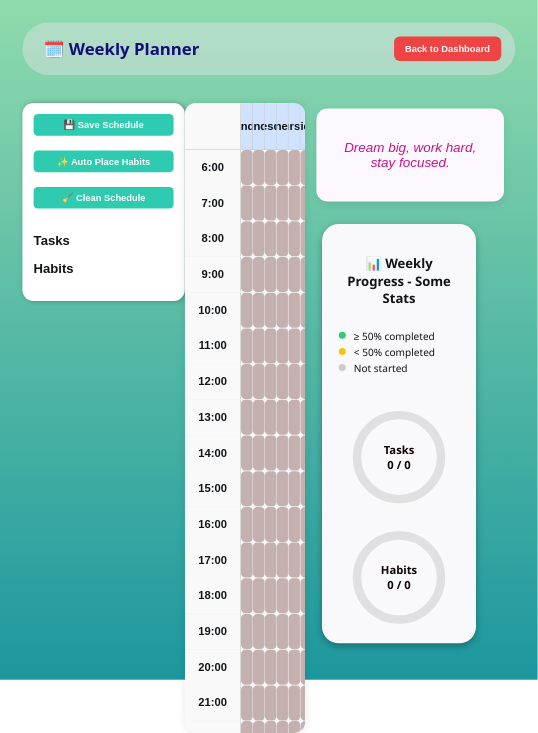
Repository: RachelB9913/smart-task-and-habit-tracker
Page: /schedule
An editor plug-in stored every save of this project. The page is shown before and after the next save, followed by the edit.
The browser window is 768 px wide. The pictures show the part of the page from y = 0 to 2240 px (the page is 1047 px tall before and 17814 px after), at 70% of full size.
The project was rebuilt for these pictures with package versions that can differ from the ones it lists, and the page was loaded fresh each time. Also part of the build but not shown: src/components/PageWrapper.js, src/components/welcome.js, src/services/api.js, src/components/Login.js, src/components/Register.js, src/components/DashBoard.js.

Above is the page before, as saved 2025-06-29 19:44:19.

### src/App.js
import { BrowserRouter as Router, Routes, Route } from 'react-router-dom';
import Welcome from './components/welcome';
import Login from './components/Login';
import Register from './components/Register';
import Dashboard from './components/DashBoard';
import SchedulePlanner from './components/SchedulePlanner';


function App() {
  return (
    <Router>
      <Routes>
        <Route path="/" element={<Welcome />} />
        <Route path="/login" element={<Login />} />
        <Route path="/register" element={<Register />} />
        <Route path="/dashboard" element={<Dashboard />} />
        <Route path="/schedule" element={<SchedulePlanner />} />
      </Routes>
    </Router>
  );
}

export default App;

### src/App.css
html, body, #root {
  height: 100%;
  margin: 0;
  padding: 0;
  box-sizing: border-box;
}

form input {
  width: 100%;
  padding: 0.75rem;
  margin-bottom: 1rem;
  border: 1px solid #ddd;
  border-radius: 0.5rem;
  font-size: 1rem;
  transition: border-color 0.2s;
}

form input:focus {
  border-color: #6366f1; /* Indigo */
  outline: none;
}

form button,
.form-container button {
  width: 100%;
  padding: 0.75rem;
  font-size: 1rem;
  color: white;
  background-color: #6d6ed0; /* Indigo */
  border: none;
  border-radius: 0.5rem;
  cursor: pointer;
  transition: background-color 0.2s;
}

form button:hover,
.form-container button:hover {
  background-color: #4f46e5; /* Darker Indigo */
}

.form-container {
  max-width: 400px;
  margin: 100px auto;
  padding: 2rem;
  background-color: white;
  border-radius: 1rem;
  box-shadow: 0 8px 20px rgba(0, 0, 0, 0.1);
  text-align: center;
}

h2 {
  margin-bottom: 1.5rem;
  color: #130e77;
  font-size: 2rem;
  font-weight: 500;

}

.welcome-root {
  font-family: 'Manrope', 'Noto Sans', sans-serif;
  background: linear-gradient(to bottom, hsl(143, 51%, 71%), #1c979e);
  color: #111418;
  min-height: 100vh;
  display: flex;
  flex-direction: column;
}

.welcome-header {
  display: flex;
  justify-content: space-between;
  align-items: center;
  padding: 0rem 2rem;
  border-bottom: 1px solid #030f21;
  background-color: rgb(255, 255, 255);
}

.logo-area {
  display: flex;
  align-items: center;
  gap: 0.5rem;
}

.nav-links, .nav-actions {
  display: flex;
  gap: 1rem;
  align-items: center;
}

.nav-links a, .footer a {
  text-decoration: none;
  font-weight: 500;
  color: #111418;
}

.nav-actions button {
  padding: 0.5rem 1rem;
  border-radius: 8px;
  border: none;
  font-weight: bold;
  cursor: pointer;
}

/* top buttons */
.nav-actions button:first-child {
  background: #0c7ff2;
  color: white;
}

.nav-actions button:first-child:hover {
  background: #0361bf; /* new hover color */
  color: #e3e3e3;      /* optional: change text color on hover */
}

.nav-actions button:last-child {
  background: #f0f2f5;
  color: #111418;
}

.nav-actions button:last-child:hover {
  background: #b5b8bd; /* new hover color */
  color: #0c7ff2;      /* optional: change text color on hover */
}

.welcome-hero {
  background: transparent;
  padding: 3rem 2rem;
  text-align: center;
  color: rgb(1, 0, 9);
}

.welcome-hero h1 {
  font-size: 2.5rem;
  font-weight: 800;
}

.hero-actions {
  margin-top: 2rem;
  display: flex;
  justify-content: center;
  gap: 1rem;
}

.hero-actions button {
  padding: 0.75rem 1.5rem;
  font-weight: bold;
  border-radius: 8px;
  border: none;
  cursor: pointer;
}

/* center buttons */
.hero-actions button:first-child {
  background-color: #0c7ff2;
  color: white;
}

.hero-actions button:first-child:hover {
  background-color: #0c7ff2;
  color: white;
  border: #0d1101 1px solid;
}

.hero-actions button:last-child {
  background-color: #f0f2f5;
  color: #111418;
}

.hero-actions button:last-child:hover {
  background-color: #f0f2f5;
  color: #111418;
  border: #0d1101 1px solid;
}

.features {
  padding: 3rem 2rem;
  text-align: center;
}

.feature-cards {
  display: flex;
  gap: 1rem;
  flex-wrap: wrap;
  justify-content: center;
  margin-top: 2rem;
}

.feature-card {
  background: white;
  padding: 1.5rem;
  border-radius: 12px;
  border: 1px solid #052246;
  max-width: 300px;
  text-align: left;
  text-align: center;
  box-shadow: 0 4px 10px rgba(0, 0, 0, 0.5);

}

.footer {
  text-align: center;
  padding: 2rem;
  font-size: 1.1rem;
  color: #0d1101;
}

.register-background {
  background: linear-gradient(to left top, hsl(143, 51%, 71%), #1c979e);
  min-height: 100vh;
  display: flex;
  align-items: center;
  justify-content: center;
}

.login-background {
  background: linear-gradient(to right bottom, hsl(143, 51%, 71%), #1c979e);
  min-height: 100vh;
  display: flex;
  align-items: center;
  justify-content: center;
}

### src/components/Auth.css
.auth-container {
  max-width: 400px;
  margin: 60px auto;
  padding: 2rem;
  background-color: #f8f9fa;
  border-radius: 12px;
  box-shadow: 0 2px 10px rgba(0, 0, 0, 0.1);
}

.auth-form {
  display: flex;
  flex-direction: column;
  gap: 1rem;
}

.auth-form input {
  padding: 0.75rem;
  border-radius: 8px;
  border: 1px solid #ccc;
  font-size: 1rem;
}

.auth-form button {
  padding: 0.75rem;
  background-color: #007bff;
  color: white;
  border: none;
  border-radius: 8px;
  font-size: 1rem;
  cursor: pointer;
}

.auth-form button:hover {
  background-color: #0056b3;
}


.dashboard-header {
  display: flex;
  justify-content: flex-end;
  padding: 20px;
}

.dashboard-header button {
  padding: 10px 16px;
  background-color: #ef4444; /* red */
  color: white;
  border: none;
  border-radius: 8px;
  font-weight: bold;
  cursor: pointer;
}

.dashboard-header button:hover {
  background-color: #ad2626;
}

.button-group {
  display: flex;
  flex-direction: column;
  gap: 10px; /* Adjust the space between buttons */
}

### src/Dashboard.css
/* Dashboard.css */

.dashboard-container {
  font-family: 'Manrope', 'Noto Sans', sans-serif;
  min-height: 100vh;
  padding: 2rem;
  transition: background-color 0.3s ease;
  color: #111418;
}

.dashboard-container.light {
  background: linear-gradient(to bottom, hsl(143, 51%, 71%), #1c979e);
}

.dashboard-header {
  display: flex;
  justify-content: space-between;
  align-items: center;
  padding: 20px;
  background-color: rgba(218, 226, 226, 0.5);
  color: #031d3e;
  border-radius: 3rem;
  margin-bottom: 2rem;
}

.header-left {
  display: flex;
  align-items: center;
  justify-content: flex-start;
  flex: 1; /* allows the left side to take up space */
}

.header-left h2 {
  margin: 0;
  padding-left: 10px;
  font-weight: 700;
  font-size: 1.5rem;
}

.toggle-button,
.bg-toggle {
  padding: 0.6rem 1.2rem;
  font-weight: bold;
  border-radius: 8px;
  border: none;
  cursor: pointer;
  font-size: 1rem;
  background-color: #0c7ff2;
  color: white;
  transition: background-color 0.2s ease;
}

.toggle-button:hover,
.bg-toggle:hover {
  background-color: #035fd0;
}

.add-button {
  width: 30px;
  height: 30px;
  border-radius: 50%;
  font-size: 20px;
  background-color: hsl(211, 69%, 59%);
  color: white;
  border: none;
  cursor: pointer;
  transition: background-color 0.3s ease;
}

.add-button:hover {
  background-color: #0056b3;
}

.toggle-button {
  display: block;
  margin: 1rem auto;
}

.task-section,
.habit-section {
  background-color: white;
  color: #111418;
  max-width: 650px;
  margin: 1rem auto;
  padding: 1rem 1.5rem;
  border-radius: 1rem;
  box-shadow: 0 6px 12px rgba(120, 8, 226, 0.1);
}

.task-section ul,
.habit-section ul {
  list-style-type: none;
  padding: 0;
}

.task-section li,
.habit-section li {
  padding: 0.5rem 0;
  border-bottom: 1px solid #ddd;
}

.task-section li:last-child,
.habit-section li:last-child {
  border-bottom: none;
}

h1 {
  text-align: center;
  font-size: 2rem;
  margin-bottom: 2rem;
  color: #031d3e;
  font-weight: 1000;
}

.logout-button {
  background-color: #e74c3c;
  color: white;
  border: none;
  padding: 8px 12px;
  border-radius: 5px;
  cursor: pointer;
}

.logout-button:hover {
  background-color: #c0392b;
}

.form-popup-overlay {
  position: fixed;
  top: 0;
  left: 0;
  height: 100vh;
  width: 100vw;
  background: rgba(0, 0, 0, 0.3);
  display: flex;
  align-items: center;
  justify-content: center;
  z-index: 999;
}

.form-popup {
  background: white;
  padding: 2rem;
  border-radius: 1rem;
  box-shadow: 0 0 20px rgba(0,0,0,0.2);
  display: flex;
  flex-direction: column;
  gap: 1rem;
  width: 300px;
}

.task-item {
  padding: 0.5rem 0;
  border-bottom: 1px solid #ddd;
}

.task-content {
  display: flex;
  align-items: flex-start;
}

.task-content input[type="checkbox"] {
  margin-top: 0.7rem;
  margin-left: 0.9rem;
  transform: scale(1.2);
  cursor: pointer;
}

.task-details {
  flex: 1;
  padding: 0.5rem 0.75rem; /* ← Add this for internal spacing */
  border-radius: 0.5rem;
}

.task-done {
  opacity: 0.5;
  text-decoration: line-through;
}

.task-item {
  background-color: white;
  margin-bottom: 0.5rem;
  border-radius: 0.5rem;
  box-shadow: 0 1px 3px rgba(0,0,0,0.1);
  transition: transform 0.2s ease;
}

.task-actions {
  display: flex;
  flex-direction: column;
  gap: 0.3rem;
}

.edit-button, .delete-button {
  background: none;
  border: black;
  border-radius: 0.5rem;
  cursor: pointer;
  font-size: 1rem;
  transition: color 0.2s;
}

.edit-button:hover {
  color: #0a58ca;
}

.delete-button:hover {
  color: #dc3545;
}

.task-section li strong,
.habit-section li strong {
  font-weight: 700;
  font-size: 1rem;
  color: #031d3e;
}

.task-section li em,
.habit-section li em {
  font-style: italic;
  color: #555;
}

.task-section li,
.habit-section li {
  font-family: 'Manrope', 'Noto Sans', sans-serif;
  font-size: 0.95rem;
  font-weight: lighter;
}

### src/components/SchedulePlanner.css
.stats-wrapper {
  display: flex;
  flex-direction: column;
  gap: 1.5rem;
  align-items: center;
  padding: 1rem;
}

.quote-panel {
  background-color: #fdf7ff;
  color: mediumvioletred;
  padding: 1.5rem;
  border-radius: 16px;
  text-align: center;
  box-shadow: 0 4px 12px rgba(0, 0, 0, 0.08);
  font-size: 1.2rem;
  font-style: italic;
  display: flex;
  justify-content: center;
  align-items: center;
  min-height: 85px;
  width: 100%;
  max-width: 220px;
}

.quote-panel:hover {
  color: #1f16cd;
}

.stats-wrapper .stats-panel {
  width: 100%;
  max-width: 220px;
}

.planner-container {
  display: flex;
  height: calc(100vh - 120px);
  font-family: 'Manrope', sans-serif;
}

.task-sidebar {
  flex-shrink: 0;
  width: 200px;
  background: white;
  padding: 1rem;
  box-shadow: 2px 0 8px rgba(0,0,0,0.3);
  border-radius: 1rem;
  margin: 1rem;
  height: fit-content;
}

.task-item {
  background: hsl(210, 34%, 76%);
  color: #031d3e;
  margin: 0.5rem 0;
  padding: 0.6rem;
  border-radius: 10px;
  font-weight: 600;
  box-shadow: 0 2px 4px rgba(0,0,0,0.1);
}

:root {
  --cell-height: 50px;
}

.calendar-grid {
  display: grid;
  grid-template-rows: repeat(var(--row-count), 1fr);
  height: calc(var(--row-count) * var(--cell-height));
  flex: 1;
  overflow: auto;
  margin: 1rem;
  border-radius: 1rem;
  background: white;
  box-shadow: 0 0 12px rgba(0, 0, 0, 0.1);
}


.grid-header {
  /* display: flex;
  background: #cfe2ff;
  font-weight: bold;
  border-bottom: 1px solid #ccc; */
  display: grid;
  grid-template-columns: 80px repeat(7, 1fr); /* hour + 7 days */
  background: #cfe2ff;
  font-weight: bold;
  border-bottom: 1px solid #ccc;
}

.grid-body .row {
  /* display: flex;
  border-bottom: 1px solid #eee; */
  display: grid;
  grid-template-columns: 80px repeat(7, 1fr); /* same as above */
  border-bottom: 1px solid #eee;
}

.cell {
  padding: 0.5rem;
  border-right: 1px solid #ccc;
  overflow: hidden;
}

.hour-cell {
  display: flex;
  align-items: center;
  justify-content: center;
  background: #f9f9f9;
  font-weight: bold;
  border-right: 1px solid #ccc;
}

.time-slot {
  background-color: #c5b0b0;
  border-radius: 6px;
  height: 50px;
  display: flex;
  justify-content: center;
  align-items: center;
  padding: 0;
}

.time-slot:hover {
  background-color: #e7f5ff;
  cursor: pointer;
}

.day-cell {
  display: flex;
  align-items: center;
  justify-content: center;
  text-align: center;
  background: #cfe2ff;
  border-right: 1px solid #ccc;
  height: 50px;
  font-weight: 600;
}

.scheduled-task {
  background-color: #a8dadc;
  border: 1px solid #3dbd19;
  padding: 2px 6px;
  border-radius: 6px;
  font-weight: 500;
  font-size: 0.8rem;
  text-align: center;
  display: flexbox;
  justify-content: space-between;
  align-items: center;
  overflow: hidden;
  text-overflow: ellipsis;
}

.scheduled-task.habit-task {
  background-color: #a8dadc;
  border: 1px solid #7e2fbe;
  padding: 2px 5px;
  border-radius: 6px;
  font-weight: 500;
  font-size: 0.8rem;
  text-align: center;
  display: flexbox;
  justify-content: space-between;
  align-items: center;
  overflow: hidden;
  text-overflow: ellipsis;
}

.done-task {
  background-color: #90ee90 !important; /* light green for done tasks */
  border: 1px solid #3dbd19 !important;
}

.remove-btn {
  background: none;
  border: none;
  color: #d00000;
  font-size: 0.8rem;
  cursor: pointer;
  margin-left: 0rem;
  margin-right: 0.6rem;
}

.grayed-out {
  opacity: 0.5;
  pointer-events: none;
}

.save-button {
  margin-bottom: 1rem;
  padding: 0.5rem 1rem;
  background-color: #2ecbb1;
  color: white;
  border: none;
  border-radius: 6px;
  font-weight: bold;
  cursor: pointer;
  transition: background-color 0.2s ease;
}

.save-button:hover {
  background-color: #137969;
}

.save-button-container {
  display: flex;
  justify-content: center;
  margin-bottom: 1rem;
}

.mark-done-btn {
  background: none;
  border: none;
  color: green;
  font-size: 1rem;
  cursor: pointer;

}

.vertical-buttons {
  display: flex;
  flex-direction: column;
  gap: 5px;
}

.habit-icons {
  display: flex;
  gap: 4px;
}
.duplicate-btn {
  background: none;
  border: none;
  font-size: 1rem;
  cursor: pointer;
}

.modal-overlay {
  position: fixed;
  top: 0;
  left: 0;
  width: 100%;
  height: 100%;
  backdrop-filter: blur(6px);
  background-color: rgba(0, 0, 0, 0.3);
  display: flex;
  align-items: center;
  justify-content: center;
  z-index: 1000;
}

.modal-content {
  background-color: white;
  padding: 2rem;
  border-radius: 12px;
  box-shadow: 0 8px 24px rgba(0, 0, 0, 0.2);
  text-align: center;
  min-width: 300px;
  animation: fadeIn 0.3s ease;
  min-width: 60vw;
  max-width: 95vw;
  padding: 1rem;
}

@media (max-width: 600px) {
  .modal-content {
    min-width: 90vw;
    padding: 0.5rem;
  }
}

.modal-buttons {
  margin-top: 1rem;
  display: flex;
  justify-content: space-around;
  gap: 1rem;
}

.confirm-btn,
.cancel-btn {
  padding: 0.6rem 1.2rem;
  border-radius: 8px;
  border: none;
  cursor: pointer;
  font-weight: bold;
  transition: background-color 0.2s ease;
}

.confirm-btn {
  background-color: #4CAF50;
  color: white;
  font-weight: lighter;
}

.cancel-btn {
  background-color: #f44336;
  color: white;
  font-weight: lighter;
}

.confirm-btn:hover {
  background-color: #45a049;
}

.cancel-btn:hover {
  background-color: #d32f2f;
}

@keyframes fadeIn {
  from { opacity: 0; transform: scale(0.9); }
  to { opacity: 1; transform: scale(1); }
}

.stat-circle.full-gold {
  background-color: gold;
  border-radius: 50%;
  padding: 0.3rem;
}

@media (max-width: 900px) {
  .planner-container {
    display: flex;
    align-items: flex-start;
    flex-wrap: wrap;
    min-height: 100vh;
  }
  .task-sidebar, .calendar-grid {
    max-width: 100%;
    margin: 0.5rem 0;
  }
  .stats-panel {
    width: 100%;
    max-width: 230px;
    min-width: 180px;
    box-sizing: border-box;
  }
}

### src/components/StatisticsPanel.js
import React, { useEffect, useState, useRef } from "react";
import './StatisticsPanel.css';
import confetti from "canvas-confetti";

function isSameWeek(dateStr1, dateStr2) {
  const d1 = new Date(dateStr1);
  const d2 = new Date(dateStr2);
  const getStartOfWeek = (d) => {
    const date = new Date(d);
    const day = date.getDay();
    const diff = date.getDate() - day + (day === 0 ? -6 : 1);
    return new Date(date.setDate(diff));
  };
  return getStartOfWeek(d1).toDateString() === getStartOfWeek(d2).toDateString();
}

const quotes = [
  "Every accomplishment starts with the decision to try.",
  "The secret of getting ahead is getting started.",
  "Progress, not perfection.",
  "Small steps every day lead to big results.",
  "Believe in yourself and all that you are.",
  "Success is the sum of small efforts repeated day in and day out.",
  "You are capable of amazing things.",
  "Your only limit is you.",
  "Dream big, work hard, stay focused.",
  "Success is not the key to happiness. Happiness is the key to success.",
  "The future depends on what you do today.",
  "Don't watch the clock; do what it does. Keep going.",
];

export default function StatisticsPanel() {
  const [habitStats, setHabitStats] = useState({ week: 0, total: 0 });
  const [taskStats, setTaskStats] = useState({ week: 0, total: 0 });
  const [trigger, setTrigger] = useState(0);
  const randomQuote = useRef(quotes[Math.floor(Math.random() * quotes.length)]);
  const [wasAllTasksDone, setWasAllTasksDone] = useState(false);
  const [wasAllHabitsDone, setWasAllHabitsDone] = useState(false);

  useEffect(() => {
    const handler = () => setTrigger((prev) => prev + 1);
    window.addEventListener("storage-updated", handler);
    return () => window.removeEventListener("storage-updated", handler);
  }, []);

  useEffect(() => {
    const now = new Date();
    const taskCompletions = JSON.parse(localStorage.getItem("taskCompletions") || "[]");
    const taskWeekDone = taskCompletions.filter(entry => isSameWeek(entry.completedAt, now)).length;

    const habitCompletions = JSON.parse(localStorage.getItem("habitCompletions") || "[]");
    const habitWeekDone = habitCompletions.filter(entry => isSameWeek(entry.completedAt, now)).length;

    const scheduled = JSON.parse(localStorage.getItem("scheduledItems") || "[]");
    const scheduledThisWeek = scheduled.filter(item => isSameWeek(item.scheduledAt, now));

    const taskWeekTotal = scheduledThisWeek.filter(item => item.type === "task").length;
    const habitWeekTotal = scheduledThisWeek.filter(item => item.type === "habit").length;

    setTaskStats({ week: taskWeekDone, total: taskWeekTotal });
    setHabitStats({ week: habitWeekDone, total: habitWeekTotal });
  }, [trigger]);

  const allTasksDone = taskStats.week === taskStats.total && taskStats.total > 0;
  const allHabitsDone = habitStats.week === habitStats.total && habitStats.total > 0;

  useEffect(() => {
    const fireConfetti = (x) => {
        confetti({
        particleCount: 300,
        spread: 50,
        origin: { x:0.87, y: 0.65},
        });
    };

    if (allTasksDone && !wasAllTasksDone) {
        fireConfetti(0.89); // near stats panel
        setWasAllTasksDone(true);
    } else if (!allTasksDone) {
        setWasAllTasksDone(false);
    }

    if (allHabitsDone && !wasAllHabitsDone) {
        fireConfetti(0.89); // same position
        setWasAllHabitsDone(true);
    } else if (!allHabitsDone) {
        setWasAllHabitsDone(false);
    }
    }, [allTasksDone, allHabitsDone]);


  function getProgressColor(ratio, isDone) {
    if (isDone) return "gold";
    if (isNaN(ratio) || ratio === 0) return "#ccc";
    if (ratio < 0.5) return "#f1c40f";
    return "#2ecc71";
  }

  return (
    <div className="stats-wrapper">
    <div className="quote-panel">
      {randomQuote.current}
    </div>

    <div className="stats-panel">
        <h3 style={{ textAlign: "center", marginBottom: "1rem" }}>📊 Weekly Progress - Some Stats</h3>
        <div className="legend">
            <div className="legend-item">
            <span className="dot green"></span> ≥ 50% completed
            </div>
            <div className="legend-item">
            <span className="dot yellow"></span> &lt; 50% completed
            </div>
            <div className="legend-item">
            <span className="dot gray"></span> Not started
            </div>
        </div>

        {(allTasksDone || allHabitsDone) && (
            <div className="celebration-message">
            🎉 {allTasksDone && allHabitsDone
                ? "You completed ALL your tasks and habits this week!"
                : allTasksDone
                ? "All tasks completed – amazing work! ✅"
                : "All habits completed – you're crushing it! 💪"}
            </div>
        )}

        <div className={`stat-circle ${taskStats.week === taskStats.total && taskStats.total > 0 ? "full-gold" : ""}`}>
            <svg>
                <circle className="stat-bg" cx="70" cy="70" r="60" />
                <circle
                className="stat-fill"
                cx="70"
                cy="70"
                r="60"
                stroke={getProgressColor(taskStats.week / taskStats.total || 0)}
                strokeDasharray={2 * Math.PI * 60}
                strokeDashoffset={(1 - (taskStats.week / taskStats.total || 0)) * 2 * Math.PI * 60}
                />
            </svg>
            <div className="stat-label">
                <div>Tasks</div>
                <div>{taskStats.week} / {taskStats.total}</div>
            </div>
        </div>

        <div className={`stat-circle ${habitStats.week === habitStats.total && habitStats.total > 0 ? "full-gold" : ""}`}>
            <svg>
                <circle className="stat-bg" cx="70" cy="70" r="60" />
                <circle
                className="stat-fill"
                cx="70"
                cy="70"
                r="60"
                stroke={getProgressColor(habitStats.week / habitStats.total || 0)}
                strokeDasharray={2 * Math.PI * 60}
                strokeDashoffset={(1 - (habitStats.week / habitStats.total || 0)) * 2 * Math.PI * 60}
                />
            </svg>
            <div className="stat-label">
                <div>Habits</div>
                <div>{habitStats.week} / {habitStats.total}</div>
            </div>
        </div>
      </div>
    </div>
  );
}

### src/components/StatisticsPanel.css
.stat-label {
  position: absolute;
  top: 0;
  left: 0;
  width: 100%;
  height: 100%;
  display: flex;
  flex-direction: column;
  align-items: center;
  justify-content: center;
  font-weight: bold;
  font-size: 1rem;
  color: #0e0101;
}

.stats-panel {
  position: sticky;
  top: 1rem;
  align-self: flex-start;
  background: #f9f9fb;
  border-radius: 1.5rem;
  box-shadow: 0 4px 10px rgba(0, 0, 0, 0.3);
  font-family: 'Segoe UI', sans-serif;
  padding: 1.5rem;
  margin: 0.5rem;
  display: flex;
  flex-direction: column;
  gap: 2rem;
  max-width: 230px;
}

.stat-circle {
  position: relative;
  width: 140px;
  height: 140px;
  margin: 0 auto;
}

.stat-circle svg {
  transform: rotate(-90deg);
  width: 100%;
  height: 100%;
}

.stat-bg,
.stat-fill {
  fill: none;
  stroke-width: 12;
  stroke-linecap: round;
}

.stat-bg {
  stroke: #e0e0e0;
}

.stat-fill {
  fill: none;
  stroke-width: 12;
  stroke-linecap: round;
  transition: stroke-dashoffset 0.5s ease;
}

.stat-label {
  position: absolute;
  top: 50%;
  left: 50%;
  transform: translate(-50%, -50%);
  text-align: center;
}

.stat-label strong {
  display: block;
  font-size: 1.1rem;
  color: #333;
}

.progress-ring circle {
  transition: stroke-dashoffset 0.6s ease-out;
}

.stats-circle {
  position: relative;
  cursor: help;
}
.stats-circle:hover::after {
  content: attr(data-tooltip);
  position: absolute;
  top: -1.5rem;
  left: 50%;
  transform: translateX(-50%);
  background: #444;
  color: #fff;
  padding: 0.3em 0.5em;
  border-radius: 4px;
  font-size: 0.8rem;
  white-space: nowrap;
  z-index: 10;
}

.legend {
  display: flex;
  flex-direction: column;
  gap: 4px;
  margin-top: -1rem;
  margin-bottom: 1rem;
  align-items: flex-start;
}

.legend-item {
  display: flex;
  align-items: center;
  gap: 0.4rem;
  font-size: 0.9rem;
}

.dot {
  display: inline-block;
  width: 10px;
  height: 10px;
  margin-right: 5px;
  border-radius: 50%;
}
.green { background: #2ecc71; }
.yellow { background: #f1c40f; }
.gray { background: #ccc; }

.celebration-message {
  margin-top: 0rem;
  font-weight: bold;
  font-size: 1.1rem;
  color: #27ae60;
  text-align: center;
  animation: pop 0.6s ease;
}

@keyframes pop {
  0% { transform: scale(0.8); opacity: 0; }
  50% { transform: scale(1.1); opacity: 1; }
  100% { transform: scale(1); }
}

Loaded but not shown: public/index.html (common file); src/index.js (common file); src/index.css (common file); src/reportWebVitals.js (common file); src/components/SchedulePlanner.js (688 lines, source omitted)

After the next save:
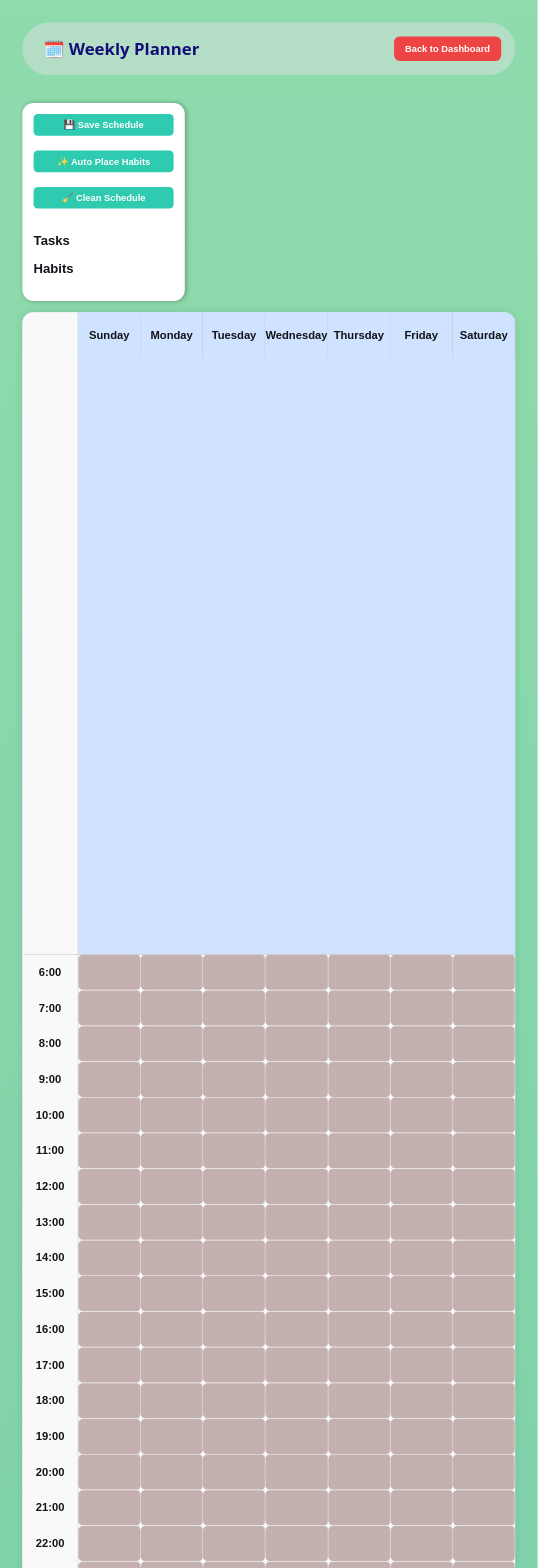
Saved 18 s later.
--- a/src/components/SchedulePlanner.css
+++ b/src/components/SchedulePlanner.css
@@ -319,10 +319,8 @@
 
 @media (max-width: 900px) {
   .planner-container {
-    display: flex;
-    align-items: flex-start;
-    flex-wrap: wrap;
-    min-height: 100vh;
+    flex-direction: column;
+    height: auto;
   }
   .task-sidebar, .calendar-grid {
     max-width: 100%;
